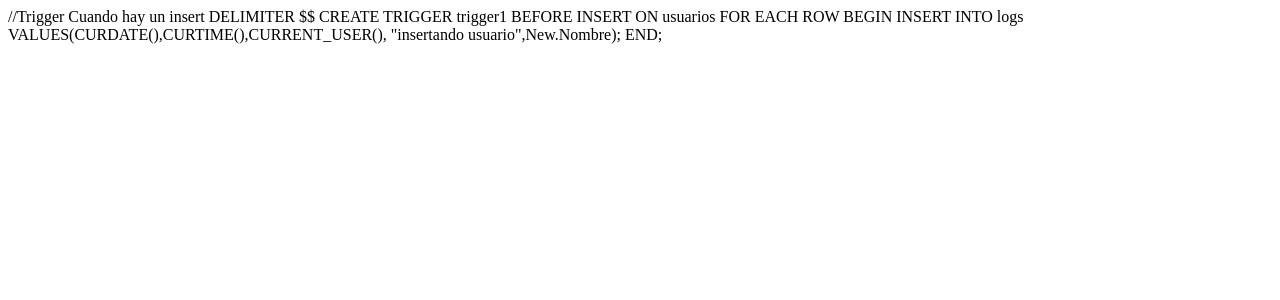
Repository: guillospy92/farm-app
Page: http://localhost/tcpdf/Datos/ejemplo.php
The author's editor kept a record of every edit. The page is drawn from the files as they stood at one moment, then again after the next edit.
The browser window is 1280 px wide. The pictures show the whole page.
The page is run by PHP 8.4 with error messages shown; the project is at /var/www/html/.

Above is the page before.

### Datos/ejemplo.php
//Trigger Cuando hay  un insert
DELIMITER $$
CREATE TRIGGER trigger1
    BEFORE INSERT
    ON usuarios
    FOR EACH ROW
BEGIN
    INSERT INTO logs VALUES(CURDATE(),CURTIME(),CURRENT_USER(), "insertando usuario",New.Nombre);
END;

After the next edit:
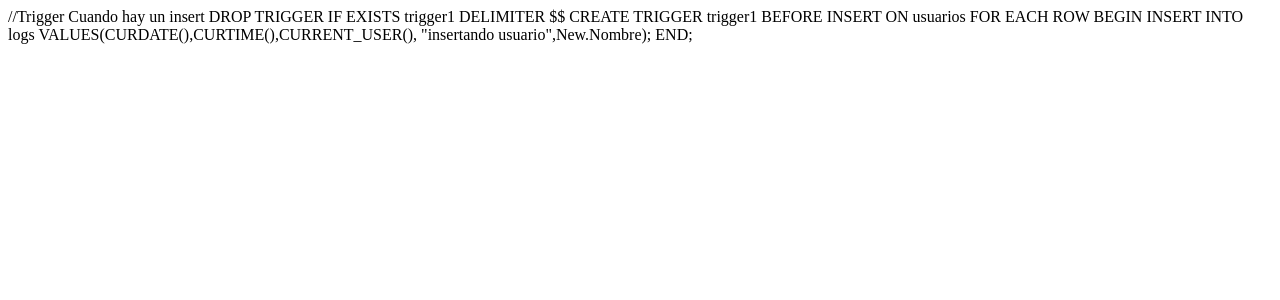
The edit:
--- a/Datos/ejemplo.php
+++ b/Datos/ejemplo.php
@@ -1,4 +1,7 @@
 //Trigger Cuando hay  un insert
+
+
+DROP TRIGGER IF EXISTS trigger1
 DELIMITER $$
 CREATE TRIGGER trigger1
     BEFORE INSERT
